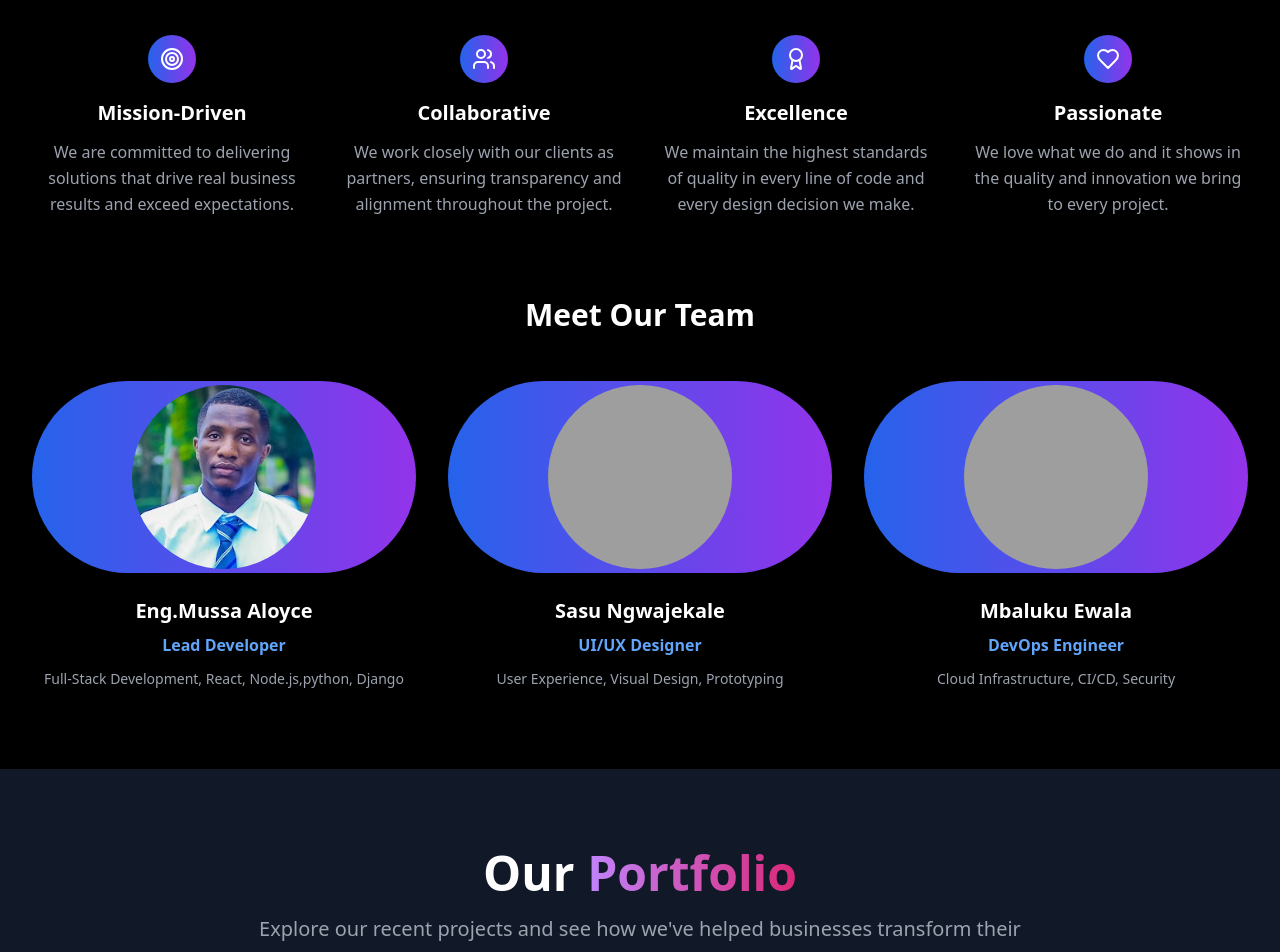
Repository: naza-webtech/nazawebtech.com
Page: /
An editor plug-in stored every save of this project. The page is shown before and after the next save, followed by the edit.
The browser window is 1280 px wide. The pictures show the part of the page from y = 3803 to 4755 px (the page is 9097 px tall).
Pictures or frames that could not be fetched are drawn as grey boxes. The project was rebuilt for these pictures with package versions that can differ from the ones it lists, and the page was loaded fresh each time. Also part of the build but not shown: vite.config.ts.

Above is the page before, as saved 2025-11-14 09:31:06.

### index.html
<!doctype html>
<html lang="en">
  <head>
    <meta charset="UTF-8" />
    <link rel="icon" type="image/svg+xml" href="/vite.svg" />
    <meta name="viewport" content="width=device-width, initial-scale=1.0" />
    <title>NazaWebTech - Web Development & Digital Solutions</title>
    <meta name="description" content="Transform your business with innovative web development, mobile apps, and digital solutions. Expert team delivering cutting-edge technology solutions.">
    <meta name="keywords" content="web development, mobile apps, e-commerce, digital solutions, React, Next.js, technology consulting">
  </head>
  <body>
    <div id="root"></div>
    <script type="module" src="/src/main.tsx"></script>
  </body>
</html>

### src/App.tsx
import React from 'react';
import Header from './components/Header';
import Hero from './components/Hero';
import Services from './components/Services';
import About from './components/About';
import Portfolio from './components/Portfolio';
import Testimonials from './components/Testimonials';
import Contact from './components/Contact';
import Footer from './components/Footer';

function App() {
  return (
    <div className="bg-black">
      <Header />
      <Hero />
      <Services />
      <About />
      <Portfolio />
      <Testimonials />
      <Contact />
      <Footer />
    </div>
  );
}

export default App;

### src/components/Header.tsx
import React, { useState, useEffect } from 'react';
import { Menu, X, Code2 } from 'lucide-react';

const Header = () => {
  const [isMenuOpen, setIsMenuOpen] = useState(false);
  const [isScrolled, setIsScrolled] = useState(false);

  useEffect(() => {
    const handleScroll = () => {
      setIsScrolled(window.scrollY > 50);
    };
    window.addEventListener('scroll', handleScroll);
    return () => window.removeEventListener('scroll', handleScroll);
  }, []);

  const navItems = [
    { label: 'Home', href: '#home' },
    { label: 'Services', href: '#services' },
    { label: 'About', href: '#about' },
    { label: 'Portfolio', href: '#portfolio' },
    { label: 'Contact', href: '#contact' },
  ];

  const scrollToSection = (href: string) => {
    const element = document.querySelector(href);
    if (element) {
      element.scrollIntoView({ behavior: 'smooth' });
      setIsMenuOpen(false);
    }
  };

  return (
    <header className={`fixed top-0 left-0 right-0 z-50 transition-all duration-300 ${
      isScrolled ? 'bg-gray-900/95 backdrop-blur-md shadow-lg' : 'bg-transparent'
    }`}>
      <div className="max-w-7xl mx-auto px-4 sm:px-6 lg:px-8">
        <div className="flex items-center justify-between h-16">
          <div className="flex items-center space-x-2">
            <Code2 className="h-8 w-8 text-blue-500" />
            <span className="text-xl font-bold text-white">NazaWebTech</span>
          </div>

          <nav className="hidden md:flex items-center space-x-8">
            {navItems.map((item) => (
              <button
                key={item.label}
                onClick={() => scrollToSection(item.href)}
                className="text-gray-300 hover:text-white transition-colors duration-200 font-medium"
              >
                {item.label}
              </button>
            ))}
            <button
              onClick={() => scrollToSection('#contact')}
              className="bg-blue-600 hover:bg-blue-700 text-white px-6 py-2 rounded-full transition-colors duration-200 font-medium"
            >
              Get Started
            </button>
          </nav>

          <button
            className="md:hidden text-white"
            onClick={() => setIsMenuOpen(!isMenuOpen)}
          >
            {isMenuOpen ? <X size={24} /> : <Menu size={24} />}
          </button>
        </div>

        {/* Mobile menu */}
        {isMenuOpen && (
          <div className="md:hidden bg-gray-900/95 backdrop-blur-md rounded-lg mt-2 p-4">
            {navItems.map((item) => (
              <button
                key={item.label}
                onClick={() => scrollToSection(item.href)}
                className="block w-full text-left text-gray-300 hover:text-white py-2 transition-colors duration-200"
              >
                {item.label}
              </button>
            ))}
            <button
              onClick={() => scrollToSection('#contact')}
              className="w-full bg-blue-600 hover:bg-blue-700 text-white px-6 py-2 rounded-full transition-colors duration-200 mt-4"
            >
              Get Started
            </button>
          </div>
        )}
      </div>
    </header>
  );
};

export default Header;

### src/components/Hero.tsx
import React from 'react';
import { ArrowRight, Play } from 'lucide-react';

const Hero = () => {
  const scrollToSection = (href: string) => {
    const element = document.querySelector(href);
    if (element) {
      element.scrollIntoView({ behavior: 'smooth' });
    }
  };

  return (
    <section id="home" className="relative min-h-screen flex items-center justify-center overflow-hidden">
      {/* Background */}
      <div className="absolute inset-0 bg-gradient-to-br from-gray-900 via-gray-800 to-black">
        <div className="absolute inset-0 bg-[url('https://images.pexels.com/photos/546819/pexels-photo-546819.jpeg')] bg-cover bg-center opacity-10"></div>
        <div className="absolute inset-0 bg-gradient-to-r from-blue-600/20 to-purple-600/20"></div>
      </div>

      {/* Animated particles */}
      <div className="absolute inset-0">
        {[...Array(20)].map((_, i) => (
          <div
            key={i}
            className="absolute w-2 h-2 bg-blue-500 rounded-full opacity-30 animate-pulse"
            style={{
              left: `${Math.random() * 100}%`,
              top: `${Math.random() * 100}%`,
              animationDelay: `${Math.random() * 3}s`,
              animationDuration: `${2 + Math.random() * 3}s`,
            }}
          />
        ))}
      </div>

      <div className="relative z-10 max-w-7xl mx-auto px-4 sm:px-6 lg:px-8 text-center">
        <div className="max-w-4xl mx-auto">
          <h1 className="text-5xl md:text-7xl font-bold text-white mb-6 leading-tight">
            <span className="bg-gradient-to-r from-blue-400 to-purple-600 bg-clip-text text-transparent">
              Crafting
            </span>{' '}
            Digital Excellence
          </h1>

          <p className="text-xl md:text-2xl text-gray-300 mb-8 leading-relaxed max-w-3xl mx-auto">
            We transform your vision into powerful digital experiences through cutting-edge web development,
            innovative design, and strategic technology solutions.
          </p>

          <div className="flex flex-col sm:flex-row items-center justify-center gap-4 mb-12">
            <button
              onClick={() => scrollToSection('#services')}
              className="group bg-blue-600 hover:bg-blue-700 text-white px-8 py-4 rounded-full font-semibold transition-all duration-300 transform hover:scale-105 hover:shadow-xl flex items-center gap-2"
            >
              Explore Our Services
              <ArrowRight className="w-5 h-5 group-hover:translate-x-1 transition-transform duration-300" />
            </button>

            <button
              onClick={() => scrollToSection('#portfolio')}
              className="group bg-transparent border-2 border-white text-white hover:bg-white hover:text-gray-900 px-8 py-4 rounded-full font-semibold transition-all duration-300 flex items-center gap-2"
            >
              <Play className="w-5 h-5" />
              View Our Work
            </button>
          </div>

          <div className="grid grid-cols-1 md:grid-cols-3 gap-8 mt-16">
            <div className="text-center">
              <div className="text-4xl font-bold text-blue-400 mb-2">50+</div>
              <div className="text-gray-400">Projects Completed</div>
            </div>
            <div className="text-center">
              <div className="text-4xl font-bold text-emerald-400 mb-2">5+</div>
              <div className="text-gray-400">Years Experience</div>
            </div>
            <div className="text-center">
              <div className="text-4xl font-bold text-orange-400 mb-2">100%</div>
              <div className="text-gray-400">Client Satisfaction</div>
            </div>
          </div>
        </div>
      </div>

      {/* Scroll indicator */}
      <div className="absolute bottom-8 left-1/2 transform -translate-x-1/2 animate-bounce">
        <div className="w-6 h-10 border-2 border-white rounded-full flex justify-center">
          <div className="w-1 h-3 bg-white rounded-full mt-2 animate-pulse"></div>
        </div>
      </div>
    </section>
  );
};

export default Hero;

### src/components/About.tsx
import React from 'react';
import { Users, Award, Target, Heart } from 'lucide-react';

const About = () => {
  const values = [
    {
      icon: <Target className="w-6 h-6" />,
      title: 'Mission-Driven',
      description: 'We are committed to delivering solutions that drive real business results and exceed expectations.'
    },
    {
      icon: <Users className="w-6 h-6" />,
      title: 'Collaborative',
      description: 'We work closely with our clients as partners, ensuring transparency and alignment throughout the project.'
    },
    {
      icon: <Award className="w-6 h-6" />,
      title: 'Excellence',
      description: 'We maintain the highest standards of quality in every line of code and every design decision we make.'
    },
    {
      icon: <Heart className="w-6 h-6" />,
      title: 'Passionate',
      description: 'We love what we do and it shows in the quality and innovation we bring to every project.'
    }
  ];

  const team = [
    {
      name: 'Eng.Mussa Aloyce',
      role: 'Lead Developer',
      image: '/team/ceo.PNG',
      expertise: 'Full-Stack Development, React, Node.js,python, Django'
    },
    {
      name: 'Sasu Ngwajekale',
      role: 'UI/UX Designer',
      image: 'https://images.pexels.com/photos/774909/pexels-photo-774909.jpeg',
      expertise: 'User Experience, Visual Design, Prototyping'
    },
    {
      name: 'Mbaluku Ewala',
      role: 'DevOps Engineer',
      image: '/T',
      expertise: 'Cloud Infrastructure, CI/CD, Security'
    }
  ];

  return (
    <section id="about" className="py-20 bg-black">
      <div className="max-w-7xl mx-auto px-4 sm:px-6 lg:px-8">
        <div className="text-center mb-16">
          <h2 className="text-4xl md:text-5xl font-bold text-white mb-4">
            About <span className="bg-gradient-to-r from-emerald-400 to-blue-600 bg-clip-text text-transparent">NazaWebTech</span>
          </h2>
          <p className="text-xl text-gray-400 max-w-3xl mx-auto leading-relaxed">
            We're a passionate team of developers, designers, and strategists dedicated to creating
            exceptional digital experiences that drive business growth.
          </p>
        </div>

        <div className="grid grid-cols-1 lg:grid-cols-2 gap-16 items-center mb-20">
          <div>
            <h3 className="text-3xl font-bold text-white mb-6">Our Story</h3>
            <p className="text-gray-300 mb-6 leading-relaxed">
              Founded in 2019, NazaWebTech began as a vision to bridge the gap between cutting-edge
              technology and business success. We've grown from a small startup to a trusted partner
              for businesses ranging from startups to enterprise corporations.
            </p>
            <p className="text-gray-300 mb-6 leading-relaxed">
              Our approach combines technical expertise with deep business understanding, ensuring
              that every solution we create not only works flawlessly but also drives measurable
              results for our clients.
            </p>
            <div className="flex items-center space-x-8">
              <div>
                <div className="text-2xl font-bold text-emerald-400">50+</div>
                <div className="text-gray-400 text-sm">Happy Clients</div>
              </div>
              <div>
                <div className="text-2xl font-bold text-blue-400">100+</div>
                <div className="text-gray-400 text-sm">Projects</div>
              </div>
              <div>
                <div className="text-2xl font-bold text-orange-400">5+</div>
                <div className="text-gray-400 text-sm">Years</div>
              </div>
            </div>
          </div>

          <div className="relative">
            <div className="absolute inset-0 bg-gradient-to-r from-blue-600 to-purple-600 rounded-2xl transform rotate-3"></div>
            <img
              src="https://images.pexels.com/photos/3183150/pexels-photo-3183150.jpeg"
              alt="Team working"
              className="relative rounded-2xl w-full h-96 object-cover"
            />
          </div>
        </div>

        <div className="mb-20">
          <h3 className="text-3xl font-bold text-white text-center mb-12">Our Values</h3>
          <div className="grid grid-cols-1 md:grid-cols-2 lg:grid-cols-4 gap-8">
            {values.map((value, index) => (
              <div key={index} className="text-center">
                <div className="bg-gradient-to-r from-blue-600 to-purple-600 w-12 h-12 rounded-full flex items-center justify-center mx-auto mb-4 text-white">
                  {value.icon}
                </div>
                <h4 className="text-xl font-bold text-white mb-3">{value.title}</h4>
                <p className="text-gray-400 leading-relaxed">{value.description}</p>
              </div>
            ))}
          </div>
        </div>

        <div>
          <h3 className="text-3xl font-bold text-white text-center mb-12">Meet Our Team</h3>
          <div className="grid grid-cols-1 md:grid-cols-3 gap-8">
            {team.map((member, index) => (
              <div key={index} className="group text-center">
                <div className="relative mb-6">
                  <div className="absolute inset-0 bg-gradient-to-r from-blue-600 to-purple-600 rounded-full transform group-hover:scale-105 transition-transform duration-300"></div>
                  <img
                    src={member.image}
                    alt={member.name}
                    className="relative w-48 h-48 rounded-full object-cover mx-auto p-1"
                  />
                </div>
                <h4 className="text-xl font-bold text-white mb-2">{member.name}</h4>
                <p className="text-blue-400 font-semibold mb-3">{member.role}</p>
                <p className="text-gray-400 text-sm">{member.expertise}</p>
              </div>
            ))}
          </div>
        </div>
      </div>
    </section>
  );
};

export default About;

Loaded but not shown: src/main.tsx (common file); src/index.css (common file); tailwind.config.js (common file); src/components/Portfolio.tsx (201 lines, source omitted); src/components/Contact.tsx (201 lines, source omitted); src/components/Services.tsx (136 lines, source omitted); src/components/Footer.tsx (142 lines, source omitted); src/components/Testimonials.tsx (105 lines, source omitted)

After the next save:
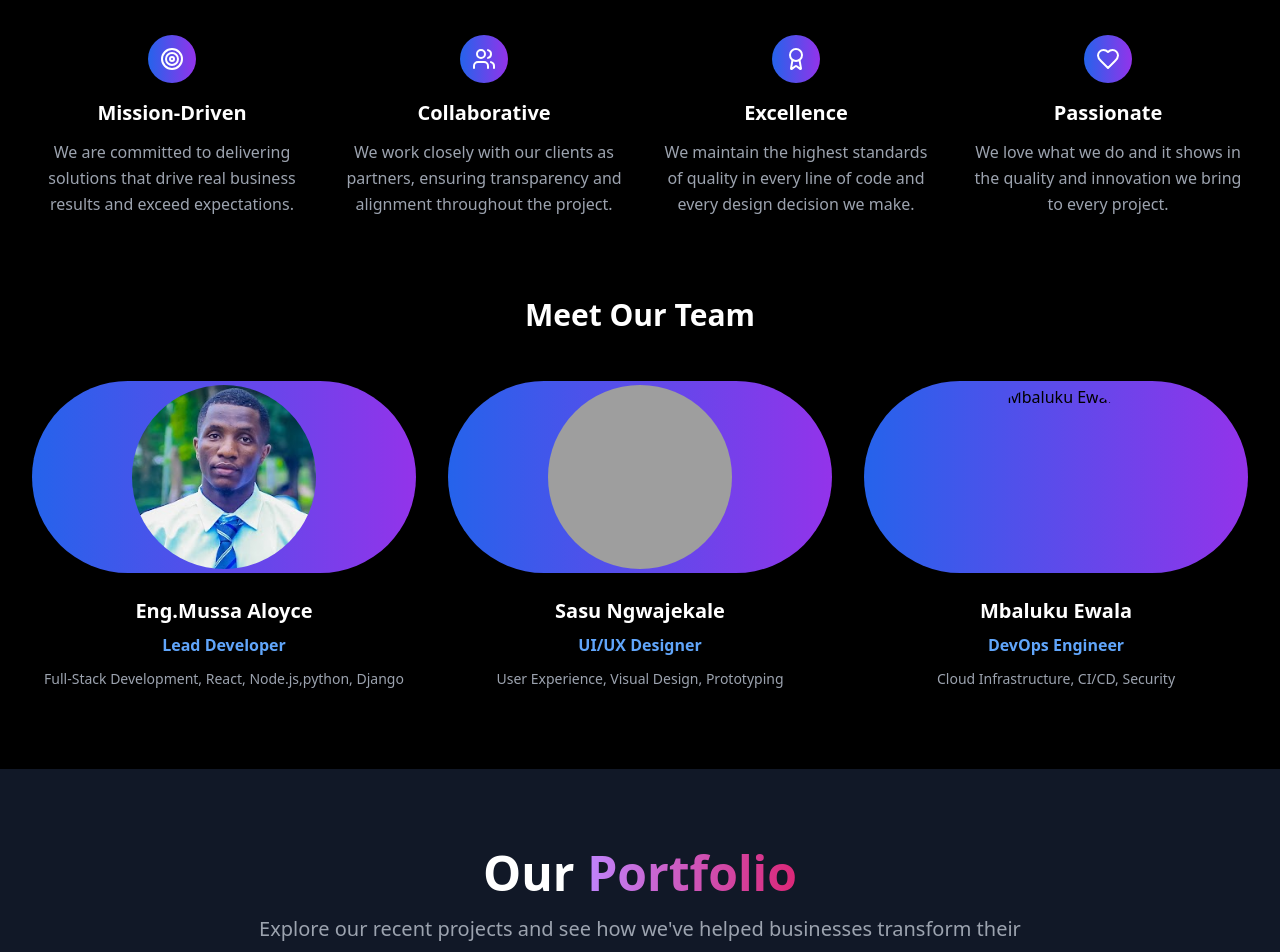
Not found: Team/devops.PNG
Saved 4 s later.
--- a/src/components/About.tsx
+++ b/src/components/About.tsx
@@ -41,7 +41,7 @@
     {
       name: 'Mbaluku Ewala',
       role: 'DevOps Engineer',
-      image: '/T',
+      image: '/Team/devops.PNG',
       expertise: 'Cloud Infrastructure, CI/CD, Security'
     }
   ];

After the 3 saves that followed:
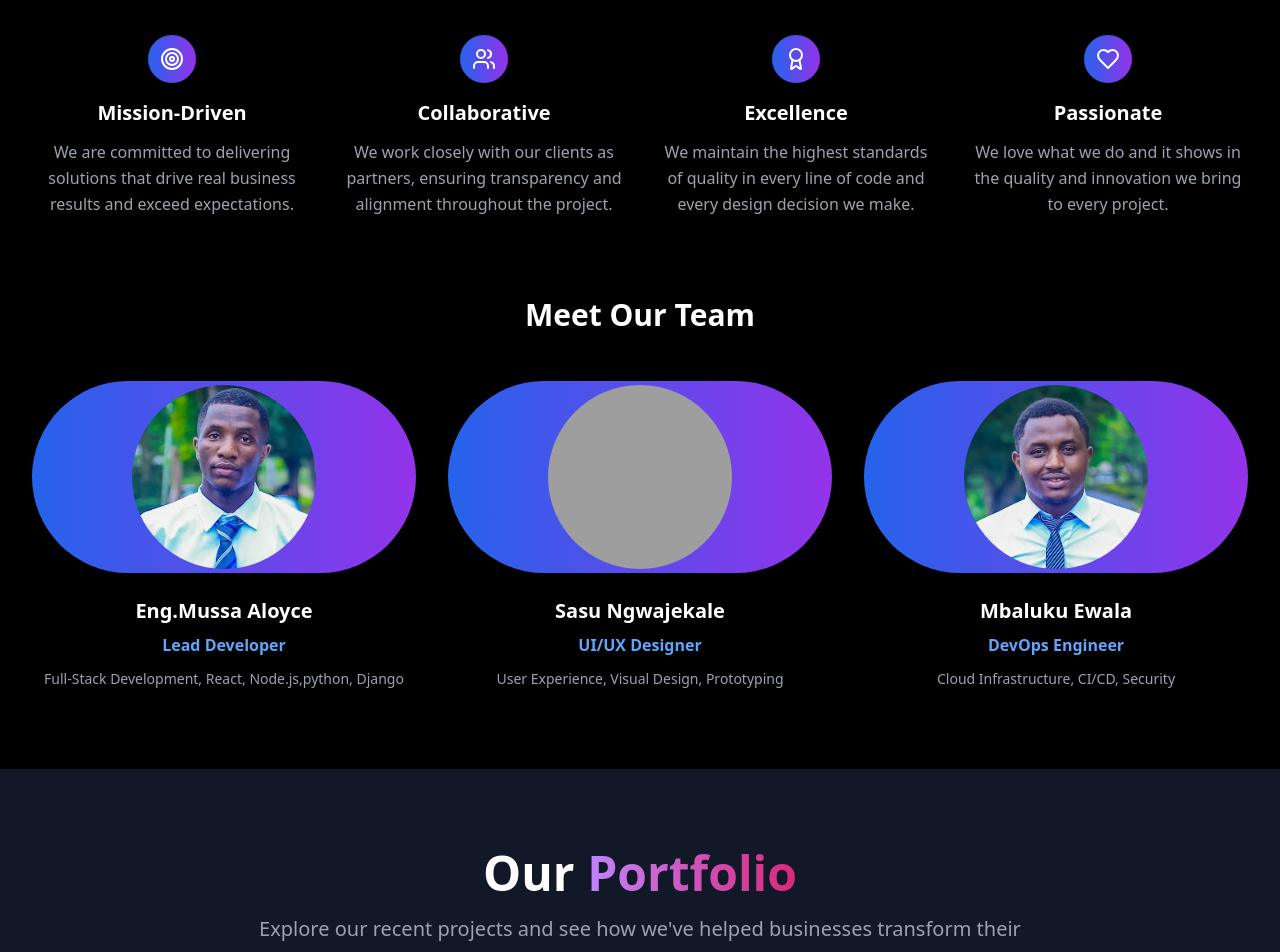
The 3 saves are shown as one change because they came seconds apart.
The last was saved 9 s later.
--- a/src/components/About.tsx
+++ b/src/components/About.tsx
@@ -41,7 +41,7 @@
     {
       name: 'Mbaluku Ewala',
       role: 'DevOps Engineer',
-      image: '/Team/devops.PNG',
+      image: '/Team/DAVOO.PNG',
       expertise: 'Cloud Infrastructure, CI/CD, Security'
     }
   ];
